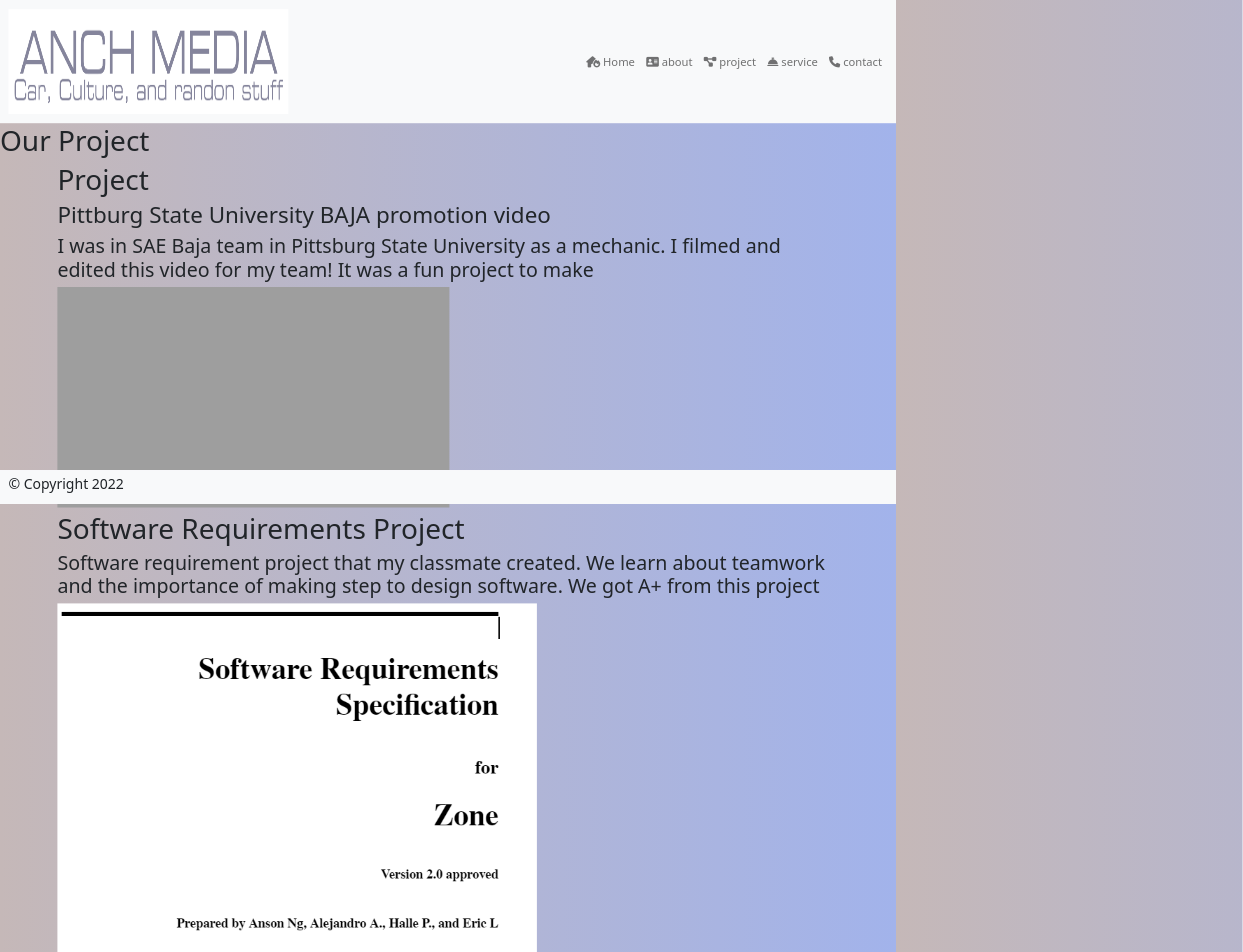
Repository: justhumanmaybe/assignment2
Page: http://localhost/project
An editor plug-in stored every save of this project. The page is shown before and after the next save, followed by the edit.
The browser window is 1280 px wide. The page is 1775 px wide, then 1280 px, so the pictures cover 1775 px, including what lies to the right of the window. The pictures show the part of the page from y = 0 to 1360 px (the page is 2202 px tall before and 1759 px after), at 70% of full size.
Pictures or frames that could not be fetched are drawn as grey boxes. The page is served by the project's Node server (server.js). Other server files are loaded and not shown.

Above is the page before, as saved 2022-06-20 01:37:01.

### Server/Views/index.ejs

<!DOCTYPE html>
<html lang="en">
<head>
    <meta charset="UTF-8">
    <meta http-equiv="X-UA-Compatible" content="IE=edge">
    <meta name="viewport" content="width=device-width, initial-scale=1.0">
    <title><%= title %></title>
    <!--CSS section-->
    <link rel="stylesheet" href="./bootstrap/dist/css/bootstrap.min.css">
    <link rel="stylesheet" href="./@fortawesome/fontawesome-free/css/all.min.css">
    <link rel="stylesheet" href="./Content/app.css">

</head>
<body>
    <header>
        <%- include('components/header.ejs'); %>
   </header>
    <!--content section-->
    <main>
        <h1><%= title %></h1>
        <%- include('content/' + page + '.ejs'); %>
    </main>





    <!--sitewide footer-->
    <footer>
        <%- include('components/footer.ejs'); %>
    </footer>
    <!-- Java scripe-->
    <script src="./jquery/dist/jquery.min.js"></script>
    <script src="./bootstrap/dist/js/bootstrap.min.js"></script>
    <script src="./@fortawesome/fontawesome-free/js/all.min.js"></script>
    <script src="./Scripts/app.js"></script>
</body>
</html>

### Server/Views/components/header.ejs
 <!--Main nav-->
 <nav class="navbar navbar-expand-lg navbar-white bg-light">
    <div class="container-fluid">
      <a class="navbar-brand" href="/"><img src="./Assets/images/Logo-new.png" width="400" height="150"></i></a>
      <button class="navbar-toggler" type="button" data-bs-toggle="collapse" data-bs-target="#navbarSupportedContent" aria-controls="navbarSupportedContent" aria-expanded="false" aria-label="Toggle navigation">
        <span class="navbar-toggler-icon"></span>
      </button>
      <div class="collapse navbar-collapse" id="navbarSupportedContent">
        <ul class="navbar-nav ms-auto mb-2 mb-lg-0">
          <li class="nav-item">
            <a class="nav-link" aria-current="page" href="/home"><i class="fa-solid fa-house-fire"></i> Home</a>
          </li>
          <li class="nav-item">
            <a class="nav-link" aria-current="page" href="/about"><i class="fa-solid fa-address-card"></i> about</a>
          </li>
          <li class="nav-item">
            <a class="nav-link" aria-current="page" href="/project"><i class="fa-solid fa-diagram-project"></i> project</a>
          </li>
          <li class="nav-item">
            <a class="nav-link" aria-current="page" href="/service"><i class="fa-solid fa-bell-concierge"></i> service</a>
          </li>
          <li class="nav-item">
            <a class="nav-link" aria-current="page" href="/contact"><i class="fa-solid fa-phone"></i> contact</a>
          </li>



        </ul>

        </form>
      </div>
    </div>
  </nav>

### Server/Views/content/project.ejs
<div class="container">
    <h1>Project</h1>
    <h2>Pittburg State University BAJA promotion video</h2>
    <h3>I was in SAE Baja team in Pittsburg State University as a mechanic. I filmed and edited this video for my team! It was a fun project to make</h3>
    <iframe width="560" height="315" src="https://www.youtube.com/embed/4cndWsbRuS0" title="YouTube video player" frameborder="0" allow="accelerometer; autoplay; clipboard-write; encrypted-media; gyroscope; picture-in-picture" allowfullscreen></iframe>
    <h1>Software Requirements Project</h1>
    <h3>Software requirement project that my classmate created. We learn about teamwork and the importance of making step to design software. We got A+ from this project</h3>
    <img src="./Assets/images/SFRproject.png">
    <h1>BMI calculate (WIP)</h1>
    <img src="./Assets/images/BMIProject.png">
</div>

### Server/Views/components/footer.ejs
<nav class="navbar fixed-bottom bg-light">
    <div class="container-fluid">
      <h5 id="copyright">
          &copy; Copyright 2022
      </h5>
    </div>
  </nav>

### server.js
#!/usr/bin/env node
/*Name:Anson Ng
  Student ID: 301202061
  Date: 6/12/2022 */
"use strict";
var __importDefault = (this && this.__importDefault) || function (mod) {
    return (mod && mod.__esModule) ? mod : { "default": mod };
};
Object.defineProperty(exports, "__esModule", { value: true });
const app_1 = __importDefault(require("./Server/Config/app"));
const debug_1 = __importDefault(require("debug"));
(0, debug_1.default)('lesson4 week4:server');
const http_1 = __importDefault(require("http"));
const port = normalizePort(process.env.PORT || '3000');
app_1.default.set('port', port);
const server = http_1.default.createServer(app_1.default);
server.listen(port);
server.on('error', onError);
server.on('listening', onListening);
function normalizePort(val) {
    const port = parseInt(val, 10);
    if (isNaN(port)) {
        return val;
    }
    if (port >= 0) {
        return port;
    }
    return false;
}
function onError(error) {
    if (error.syscall !== 'listen') {
        throw error;
    }
    const bind = typeof port === 'string'
        ? 'Pipe ' + port
        : 'Port ' + port;
    switch (error.code) {
        case 'EACCES':
            console.error(bind + ' requires elevated privileges');
            process.exit(1);
            break;
        case 'EADDRINUSE':
            console.error(bind + ' is already in use');
            process.exit(1);
            break;
        default:
            throw error;
    }
}
function onListening() {
    let addr = server.address();
    let bind = 'pipe ' + addr;
    (0, debug_1.default)('Listening on ' + bind);
}
//# sourceMappingURL=server.js.map

### Server/Routes/index.js
/*Name:Anson Ng
  Student ID: 301202061
  Date: 6/12/2022 */
"use strict";
var __importDefault = (this && this.__importDefault) || function (mod) {
    return (mod && mod.__esModule) ? mod : { "default": mod };
};
Object.defineProperty(exports, "__esModule", { value: true });
const express_1 = __importDefault(require("express"));
const router = express_1.default.Router();
/* display home page. */
router.get('/', function(req, res, next)
{
  res.render('index', { title: 'Home', page: 'home' });
});

/* display home page. */
router.get('/home', function(req, res, next)
{
  res.render('index', { title: 'Home', page: 'home' });
});

/* display about page. */
router.get('/about', function(req, res, next)
{
  res.render('index', { title: 'About', page: 'about' });
});

/* display project page. */
router.get('/project', function(req, res, next)
{
  res.render('index', { title: 'Our Project', page: 'project' });
});

/* display service page. */
router.get('/service', function(req, res, next)
{
  res.render('index', { title: 'Services offer', page: 'service' });
});

/* display contact page. */
router.get('/contact', function(req, res, next)
{
  res.render('index', { title: 'Contact us', page: 'contact' });
});
exports.default = router;
//# sourceMappingURL=index.js.map

### Client/Content/app.css
/* custom css*/
body {background-image: linear-gradient(to right, rgb(197, 184, 184) , rgb(162, 179, 235));}
form {
    padding:20px;
    width:1000px;
    margin-left:auto;
    margin-right:auto;
}
input[type=text], select {
width: 100%;
padding: 12px 20px;
margin: 8px 0;
display: inline-block;
border: 1px solid #ccc;
border-radius: 4px;
box-sizing: border-box;
}
input[type=number], select
{
width: 100%;
padding: 12px 20px;
margin: 8px 0;
display: inline-block;
border: 1px solid #ccc;
border-radius: 4px;
box-sizing: border-box;
}
input[type=email], select
{
width: 100%;
padding: 12px 20px;
margin: 8px 0;
display: inline-block;
border: 1px solid #ccc;
border-radius: 4px;
box-sizing: border-box;
}
textarea{
width: 100%;
padding: 12px 20px;
margin: 8px 0;
display: inline-block;
border: 1px solid #ccc;
border-radius: 4px;
box-sizing: border-box;

}

### Client/Scripts/app.js
/*Name:Anson Ng
  Student ID: 301202061
  Date: 6/12/2022 */
"use strict";
(function () {
    function Start() {
        console.log("App Started!...");
        let XHR = new XMLHttpRequest();
        XHR.open("GET", "./data/data.json");
        XHR.send();
        XHR.addEventListener("readystatechange", function (event) {
            if (XHR.readyState == 4 && XHR.status == 200) {
                console.log("JSON Data:");
                console.log(XHR.responseText);
            }
        });
    }
    window.addEventListener("load", Start);
})();
//# sourceMappingURL=app.js.map

### Client/data/data.json
{
    "fullname": "anson",
    "email": "anson@hamo.com"
}

After the next save:
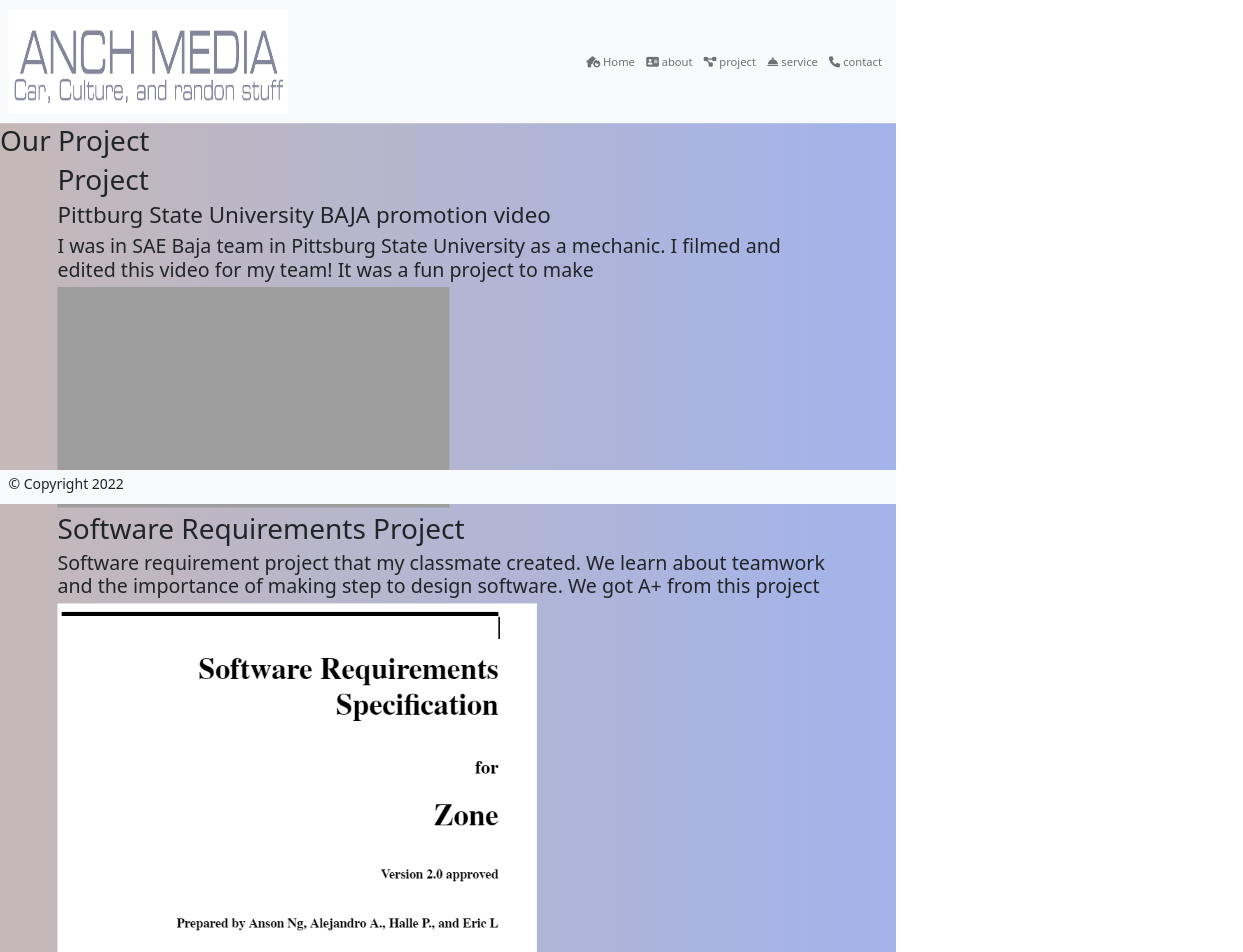
Saved 27 s later.
--- a/Server/Views/content/project.ejs
+++ b/Server/Views/content/project.ejs
@@ -7,5 +7,6 @@
     <h3>Software requirement project that my classmate created. We learn about teamwork and the importance of making step to design software. We got A+ from this project</h3>
     <img src="./Assets/images/SFRproject.png">
     <h1>BMI calculate (WIP)</h1>
-    <img src="./Assets/images/BMIProject.png">
+    <img src="./Assets/images/BMIProject.png" width="500
+    ">
 </div>
